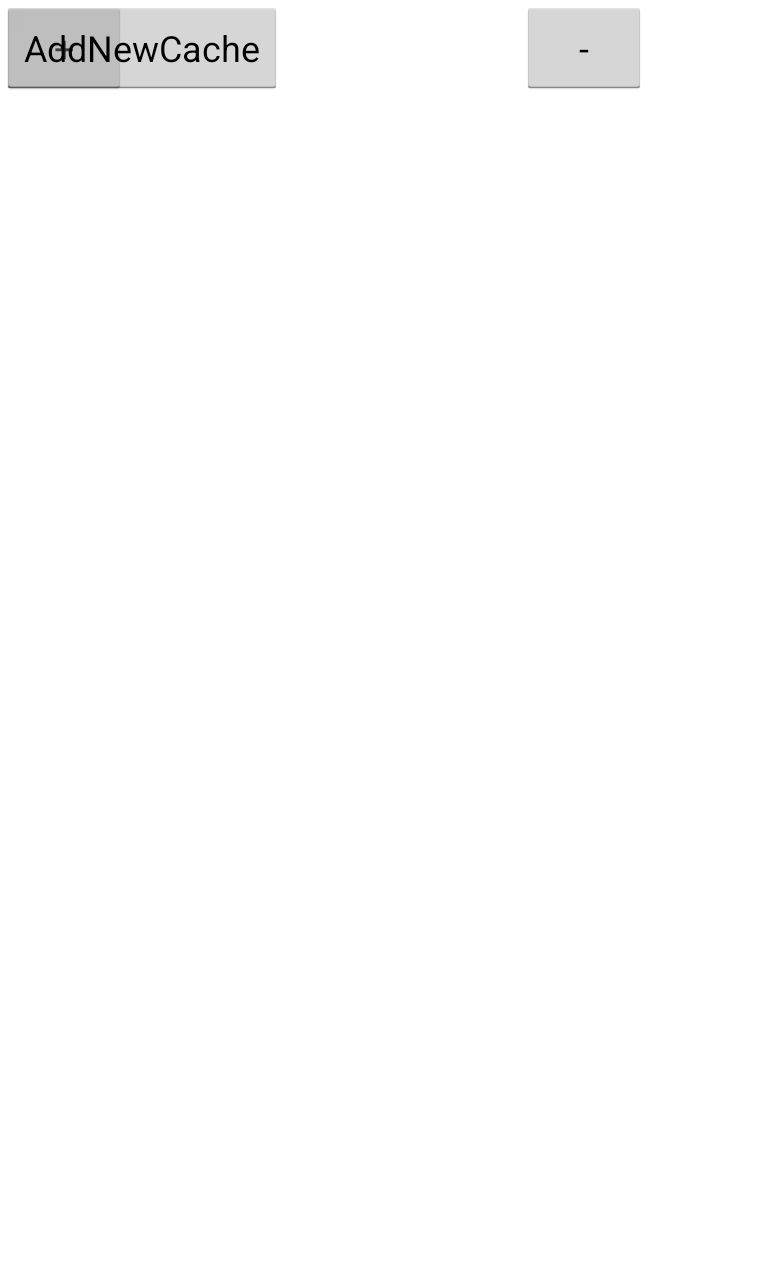
Repository: mpdehnel/seg
Layout: VectorOne/res/layout/activity_radar.xml
An editor plug-in stored every save of this project. The layout is shown before and after the next save, followed by the edit.
It is drawn on a 768 x 1280 px phone screen (xhdpi) without system bars, with theme AppTheme; the app's code is not run.

Above is the layout before, as saved 2013-03-11 21:42:51.

### VectorOne/res/layout/activity_radar.xml
<?xml version="1.0" encoding="utf-8"?>
<FrameLayout xmlns:android="http://schemas.android.com/apk/res/android"
    android:id="@+id/radar_preview"
    android:layout_width="match_parent"
    android:layout_height="match_parent" >

    <Button
        android:id="@+id/radar_zoomin"
        android:layout_width="wrap_content"
        android:layout_height="wrap_content"
        android:text="+" />

    <Button
        android:id="@+id/radar_zoomout"
        android:layout_width="wrap_content"
        android:layout_height="wrap_content"
        android:layout_marginLeft="260dp"
        android:text="-" />

    <Button
        android:id="@+id/addnewCachRadar"
        android:layout_width="wrap_content"
        android:layout_height="wrap_content"
        android:text="AddNewCache" />

</FrameLayout>

Loaded but not shown: VectorOne/res/values/styles.xml (common file); VectorOne/res/values-v11/styles.xml (common file); VectorOne/res/values-v14/styles.xml (common file)

After the next save:
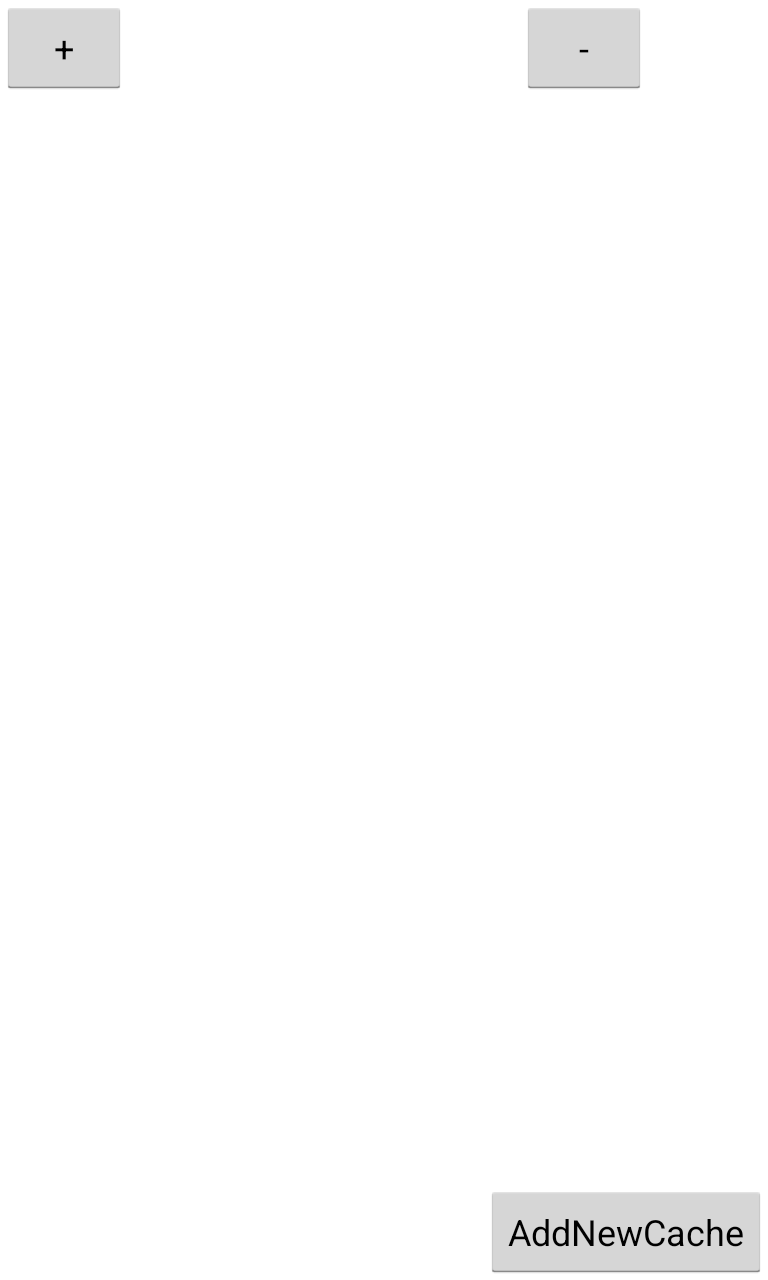
Saved 38 s later.
--- a/VectorOne/res/layout/activity_radar.xml
+++ b/VectorOne/res/layout/activity_radar.xml
@@ -21,6 +21,7 @@
         android:id="@+id/addnewCachRadar"
         android:layout_width="wrap_content"
         android:layout_height="wrap_content"
+        android:layout_gravity="bottom|right"
         android:text="AddNewCache" />
 
 </FrameLayout>

After the save that followed:
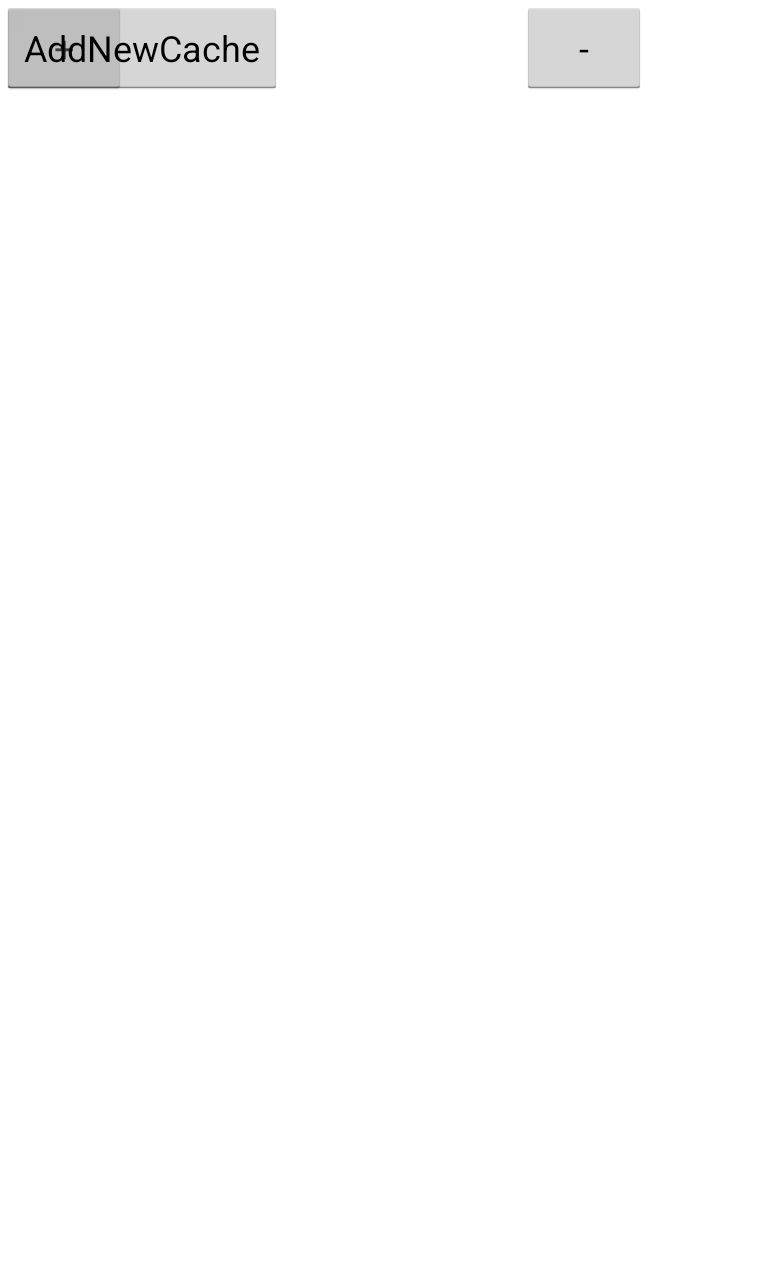
Saved 71 s later.
--- a/VectorOne/res/layout/activity_radar.xml
+++ b/VectorOne/res/layout/activity_radar.xml
@@ -1,5 +1,5 @@
 <?xml version="1.0" encoding="utf-8"?>
-<FrameLayout xmlns:android="http://schemas.android.com/apk/res/android"
+<RelativeLayout xmlns:android="http://schemas.android.com/apk/res/android"
     android:id="@+id/radar_preview"
     android:layout_width="match_parent"
     android:layout_height="match_parent" >
@@ -24,4 +24,4 @@
         android:layout_gravity="bottom|right"
         android:text="AddNewCache" />
 
-</FrameLayout>
+</RelativeLayout>
